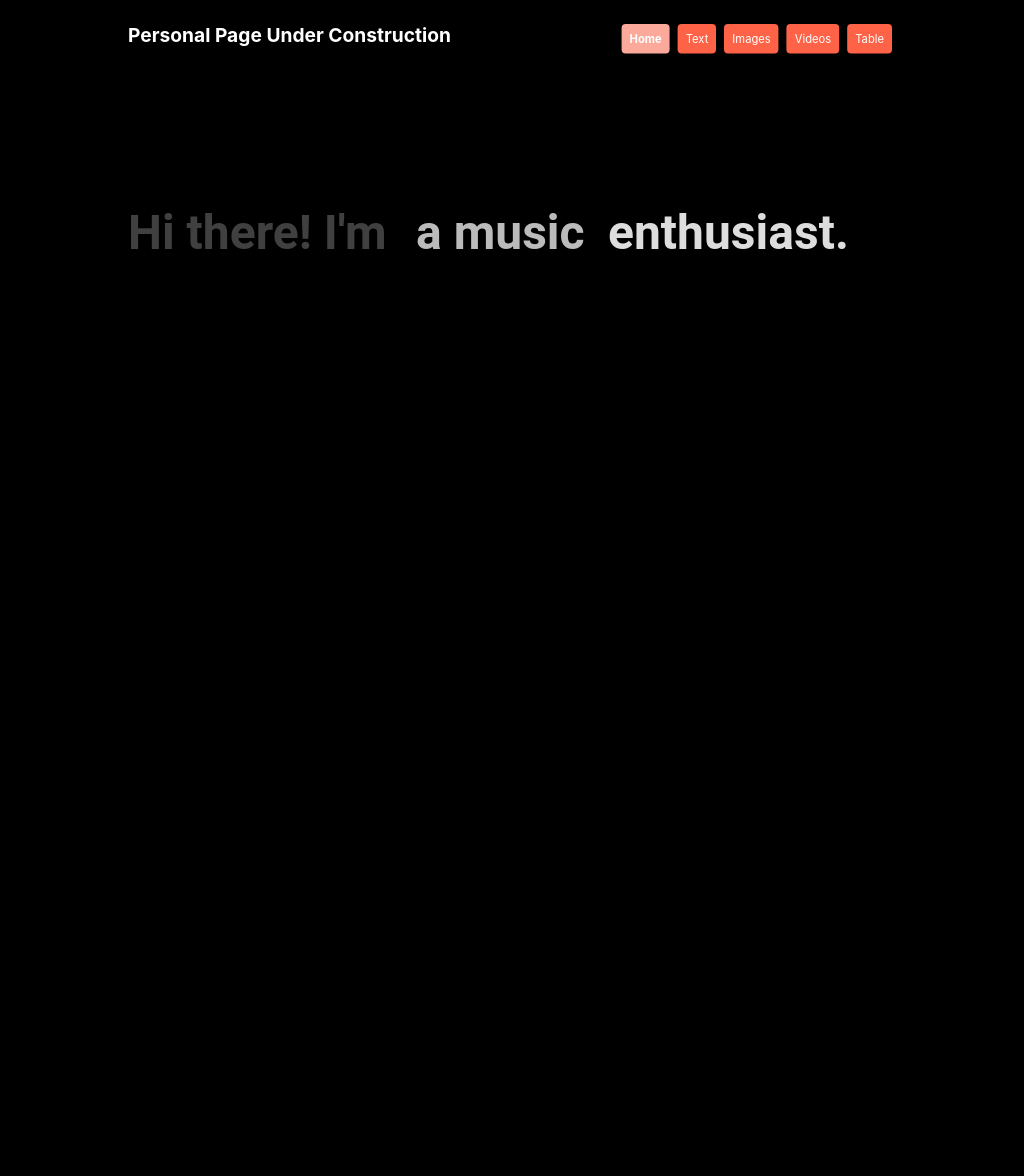
Repository: luhan68/personal_website
Page: index.html
The author's editor kept a copy of each file at every save. The page is drawn from the files as they stood at one save, then again after the next save.
The browser window is 1280 px wide. The pictures show the whole page, at 80% of full size.

Above is the page before, as saved 2021-01-30 22:51:07.

### index.html
<div class="container">
    <link href='style.css' rel='stylesheet' type='text/css'>
    <div class="nav">
        <div class="nav-bar">
            <ul>
                <li class="active-page"><a href="index.html">Home</a></li>
                <li><a href="text.html">Text</a></li>
                <li><a href="image.html">Images</a></li>
                <li><a href="video.html">Videos</a></li>
                <li><a href="table.html">Table</a></li>
            </ul>

        </div>
    </div>

    <h2 class="title">Personal Page Under Construction</h2>

<!-- Here for the design idea, I referred to Paul's cool animation design on codepen and fixed a few display width bugs: https://codepen.io/paulvddool/pen/yYeeVE -->

    <div id="animation">
        <div id="text">
            <h1 class="gray">Hi there! I'm</h1>
        </div>
        <div id="first">
            <ul>
                <li><h1 class="silver">Lu.</h1></li>
                <li><h1 class="lightgray">a music</h1></li>
                <li><h1 class="lightgray">a user -</h1></li>
            </ul>
        </div>
        <div id="second">
            <ul>
                <li><h1 class="lightergray">enthusiast.</h1></li>
                <li><h1 class="lightergray">composer.</h1></li>
                <li><h1 class="lightergray">panist.</h1></li>
                <li><h1 class="lightergray">DJ.</h1></li>
                <li><h1 class="lightergray">story lover.</h1></li>
                <li><h1 class="lightergray">designer.</h1></li>
            </ul>
        </div>
    </div>

    <button class="scrollToTopBtn">☝️</button>
    <script type="text/javascript" src="script.js"></script>

</div>

### style.css
* {
    margin: 0;
    padding: 0;
}

body  {
    background-color: black;
    color: white;
    font-family: -apple-system, BlinkMacSystemFont, 'Segoe UI', Roboto, Oxygen, Ubuntu, Cantarell, 'Open Sans', 'Helvetica Neue', sans-serif;
}

.container {
    width: 75vw;
    margin: 0 auto;
	margin-top: 10px;
	height: 200vmin
}

.scrollToTopBtn {
	background-color: white;
	border: none;
	border-radius: 50%;
	color: white;
	cursor: pointer;
	font-size: 16px;
	line-height: 48px;
	width: 48px;

	/* place it at the bottom right corner */
	position: fixed;
	bottom: 30px;
	right: 30px;
	/* keep it at the top of everything else */
	z-index: 100;
	/* hide with opacity */
	opacity: 0;
	/* also add a translate effect */
	transform: translateY(100px);
	/* and a transition */
	transition: all .5s ease
  }

  .showBtn {
	opacity: 1;
	transform: translateY(0)
  }

.nav {
    width: 100%;
}

.logo {
    float: left;
    width: 120px;
  margin: 0;
  padding: 0;
}

.nav-bar {
    float: right;
}

.nav-bar ul li {
    float: left;
    list-style-type: none;
    padding: 10px;
    margin: 0 5px;
    background-color: tomato;
    font-size: 14px;
    border-radius: 5px;

    transition: all 0.5s ease-out;
}

.nav-bar ul li:hover {
    background-color: wheat;
}

.nav .active-page {
	font-weight: bold;
	background-color:rgb(250, 169, 154);
  }

a {
    color: white;
    text-decoration: none;
}


.title {
text-align: left;
margin: 30px 0;
}

.myVideo {
text-align: center;
}

.myVideo iframe {
margin: 20px 20px;
}

.fb-like {
margin-bottom: 30px;
}

.footer {
width: 100%;
background-color: #333;
text-align: center;
padding: 20px 0;
margin-top: 50px;
}


input[type=text], select, textarea {
    width: 100%; /* Full width */
    padding: 12px; /* Some padding */
    border: 1px solid #ccc; /* Gray border */
    border-radius: 4px; /* Rounded borders */
    box-sizing: border-box; /* Make sure that padding and width stays in place */
    margin-top: 6px; /* Add a top margin */
    margin-bottom: 16px; /* Bottom margin */
    resize: vertical /* Allow the user to vertically resize the textarea (not horizontally) */
  }

  input[type=submit] {
    background-color: #a73012;
    color: white;
    padding: 12px 20px;
    border: none;
    border-radius: 4px;
    cursor: pointer;
  }

  input[type=submit]:hover {
    background-color: #d10c0c;
  }


  .myGallery {
    display: grid;
    grid-gap: 20px;
    grid-template-columns: repeat(auto-fit, minmax(175px, 1fr));
  }

  .myGallery img {
    width: 100%;
  }


table {
    font-family: Arial, Helvetica, sans-serif;
    border-collapse: collapse;
    width: 100%;
  }

table td, table th {
    border: 1px solid rgb(34, 33, 33);
    padding: 8px;
  }

table tr:nth-child(even){background-color: #110f0f;}

table tr:hover {background-color: rgb(46, 43, 43);}

table th {
    padding-top: 12px;
    padding-bottom: 12px;
    text-align: left;
    background-color: #350901;
    color: white;
  }


  p,
label {
    font: 1rem 'Fira Sans', sans-serif;
}

input {
    margin: .4rem;
}


/* I refer to Paul's cool animation design on codepen and fix a few display width bugs: https://codepen.io/paulvddool/pen/yYeeVE */

#animation {
	display: block;
	margin: 20% auto;
	height: 80px;
	width: auto;
}
@media screen and (max-width: 1080px) {
	#animation {
		box-sizing: border-box;
		-moz-box-sizing: border-box;
		padding: 0px;
		width: 100%;
	}
}
@keyframes animateOnce {
	0% { transform: translateY(80px); -webkit-transform: translateY(80px); -moz-transform: translateY(80px); }
	100% { transform: translateY(0px); -webkit-transform: translateY(0px); -moz-transform: translateY(0px); }
}
@-webkit-keyframes animateOnce {
	0% { transform: translateY(80px); -webkit-transform: translateY(80px); -moz-transform: translateY(80px); }
	100% { transform: translateY(0px); -webkit-transform: translateY(0px); -moz-transform: translateY(0px); }
}
#text {
	width: 350px;
	height: 80px;
	float: left;
	overflow: hidden;
}
#text h1 {
	animation: animateOnce 0.2s;
	-webkit-animation: animateOnce 0.2s;
}
@keyframes animateFirst {
	0% { transform: translateY(80px); -webkit-transform: translateY(80px); -moz-transform:translateY(80px); }
	1% { transform: translateY(0px); -webkit-transform: translateY(0px); -moz-transform:translateY(0px); }
	14% { transform: translateY(0px); -webkit-transform: translateY(0px); -moz-transform:translateY(0px); }
	15% { transform: translateY(-80px); -webkit-transform: translateY(-80px); -moz-transform:translateY(-80px); }
	70% { transform: translateY(-80px); -webkit-transform: translateY(-80px); -moz-transform:translateY(-80px); }
	71% { transform: translateY(-160px); -webkit-transform: translateY(-160px); -moz-transform:translateY(-160px); }
	99% { transform: translateY(-160px); -webkit-transform: translateY(-160px); -moz-transform:translateY(-160px); }
	100% { transform: translateY(-240px); -webkit-transform: translateY(-240px); -moz-transform:translateY(-240px); }
}
@-webkit-keyframes animateFirst {
	0% { transform: translateY(80px); -webkit-transform: translateY(80px); -moz-transform:translateY(80px); }
	1% { transform: translateY(0px); -webkit-transform: translateY(0px); -moz-transform:translateY(0px); }
	14% { transform: translateY(0px); -webkit-transform: translateY(0px); -moz-transform:translateY(0px); }
	15% { transform: translateY(-80px); -webkit-transform: translateY(-80px); -moz-transform:translateY(-80px); }
	70% { transform: translateY(-80px); -webkit-transform: translateY(-80px); -moz-transform:translateY(-80px); }
	71% { transform: translateY(-160px); -webkit-transform: translateY(-160px); -moz-transform:translateY(-160px); }
	99% { transform: translateY(-160px); -webkit-transform: translateY(-160px); -moz-transform:translateY(-160px); }
	100% { transform: translateY(-240px); -webkit-transform: translateY(-240px); -moz-transform:translateY(-240px); }
}
@keyframes animateSecond {
	0% { transform: translateY(80px); -webkit-transform: translateY(80px); -moz-transform: translateY(80px); }
	14% { transform: translateY(80px); -webkit-transform: translateY(80px); -moz-transform: translateY(80px); }
	15% { transform: translateY(0px); -webkit-transform: translateY(0px); -moz-transform: translateY(0px); }
	29% { transform: translateY(0px); -webkit-transform: translateY(0px); -moz-transform: translateY(0px); }
	30% { transform: translateY(-80px); -webkit-transform: translateY(-80px); -moz-transform: translateY(-80px); }
	44% { transform: translateY(-80px); -webkit-transform: translateY(-80px); -moz-transform: translateY(-80px); }
	45% { transform: translateY(-160px); -webkit-transform: translateY(-160px); -moz-transform: translateY(-160px); }
	59% { transform: translateY(-160px); -webkit-transform: translateY(-160px); -moz-transform: translateY(-160px); }
	60% { transform: translateY(-240px); -webkit-transform: translateY(-240px); -moz-transform: translateY(-240px); }
	70% { transform: translateY(-240px); -webkit-transform: translateY(-240px); -moz-transform: translateY(-240px); }
	71% { transform: translateY(-320px); -webkit-transform: translateY(-320px); -moz-transform: translateY(-320px); }
	85% { transform: translateY(-320px); -webkit-transform: translateY(-320px); -moz-transform: translateY(-320px); }
	86% { transform: translateY(-400px); -webkit-transform: translateY(-400px); -moz-transform: translateY(-400px); }
	99% { transform: translateY(-400px); -webkit-transform: translateY(-400px); -moz-transform: translateY(-400px); }
	100% { transform: translateY(-480px); -webkit-transform: translateY(-480px); -moz-transform: translateY(-480px); }
}
@-webkit-keyframes animateSecond {
	0% { transform: translateY(80px); -webkit-transform: translateY(80px); -moz-transform: translateY(80px); }
	14% { transform: translateY(80px); -webkit-transform: translateY(80px); -moz-transform: translateY(80px); }
	15% { transform: translateY(0px); -webkit-transform: translateY(0px); -moz-transform: translateY(0px); }
	29% { transform: translateY(0px); -webkit-transform: translateY(0px); -moz-transform: translateY(0px); }
	30% { transform: translateY(-80px); -webkit-transform: translateY(-80px); -moz-transform: translateY(-80px); }
	44% { transform: translateY(-80px); -webkit-transform: translateY(-80px); -moz-transform: translateY(-80px); }
	45% { transform: translateY(-160px); -webkit-transform: translateY(-160px); -moz-transform: translateY(-160px); }
	59% { transform: translateY(-160px); -webkit-transform: translateY(-160px); -moz-transform: translateY(-160px); }
	60% { transform: translateY(-240px); -webkit-transform: translateY(-240px); -moz-transform: translateY(-240px); }
	70% { transform: translateY(-240px); -webkit-transform: translateY(-240px); -moz-transform: translateY(-240px); }
	71% { transform: translateY(-320px); -webkit-transform: translateY(-320px); -moz-transform: translateY(-320px); }
	85% { transform: translateY(-320px); -webkit-transform: translateY(-320px); -moz-transform: translateY(-320px); }
	86% { transform: translateY(-400px); -webkit-transform: translateY(-400px); -moz-transform: translateY(-400px); }
	99% { transform: translateY(-400px); -webkit-transform: translateY(-400px); -moz-transform: translateY(-400px); }
	100% { transform: translateY(-480px); -webkit-transform: translateY(-480px); -moz-transform: translateY(-480px); }
}
#first {
	height: 80px;
	float: left;
	margin-left: 10px;
	overflow: hidden;
}
#first ul {
	width: 230px;
	list-style: none;
	margin: 0;
	padding: 0;
	animation: animateFirst 21s infinite;
	-webkit-animation: animateFirst 21s infinite;
}

#second {
	height: 80px;
	float: left;
	margin-left: 10px;
	overflow: hidden;
}
#second ul {
	width: 300px;
	list-style: none;
	margin: 0;
	padding: 0;
	animation: animateSecond 21s infinite;
	-webkit-animation: animateSecond 21s infinite;
}

h1 {
	font-family: 'Roboto', 'Helvetica Neue', Helvetica, Arial;
	font-size: 60px;
	font-weight: 700;
	line-height: 80px;
	margin: 0px;
}
.gray {
	color: #404040;
}
.silver {
	color: #909090;
}
.lightgray {
	color: #BBB;
}
.lightergray {
	color: #DDD;
}

### script.js
var scrollToTopBtn = document.querySelector(".scrollToTopBtn")
var rootElement = document.documentElement

function handleScroll() {
  // Do something on scroll
  var scrollTotal = rootElement.scrollHeight - rootElement.clientHeight
  if ((rootElement.scrollTop / scrollTotal ) > 0.80) {
    // Show button
    scrollToTopBtn.classList.add("showBtn")
  } else {
    // Hide button
    scrollToTopBtn.classList.remove("showBtn")
  }
}

function scrollToTop() {
  // Scroll to top logic
  rootElement.scrollTo({
    top: 0,
    behavior: "smooth"
  })
}
scrollToTopBtn.addEventListener("click", scrollToTop)
document.addEventListener("scroll", handleScroll)

After the next save:
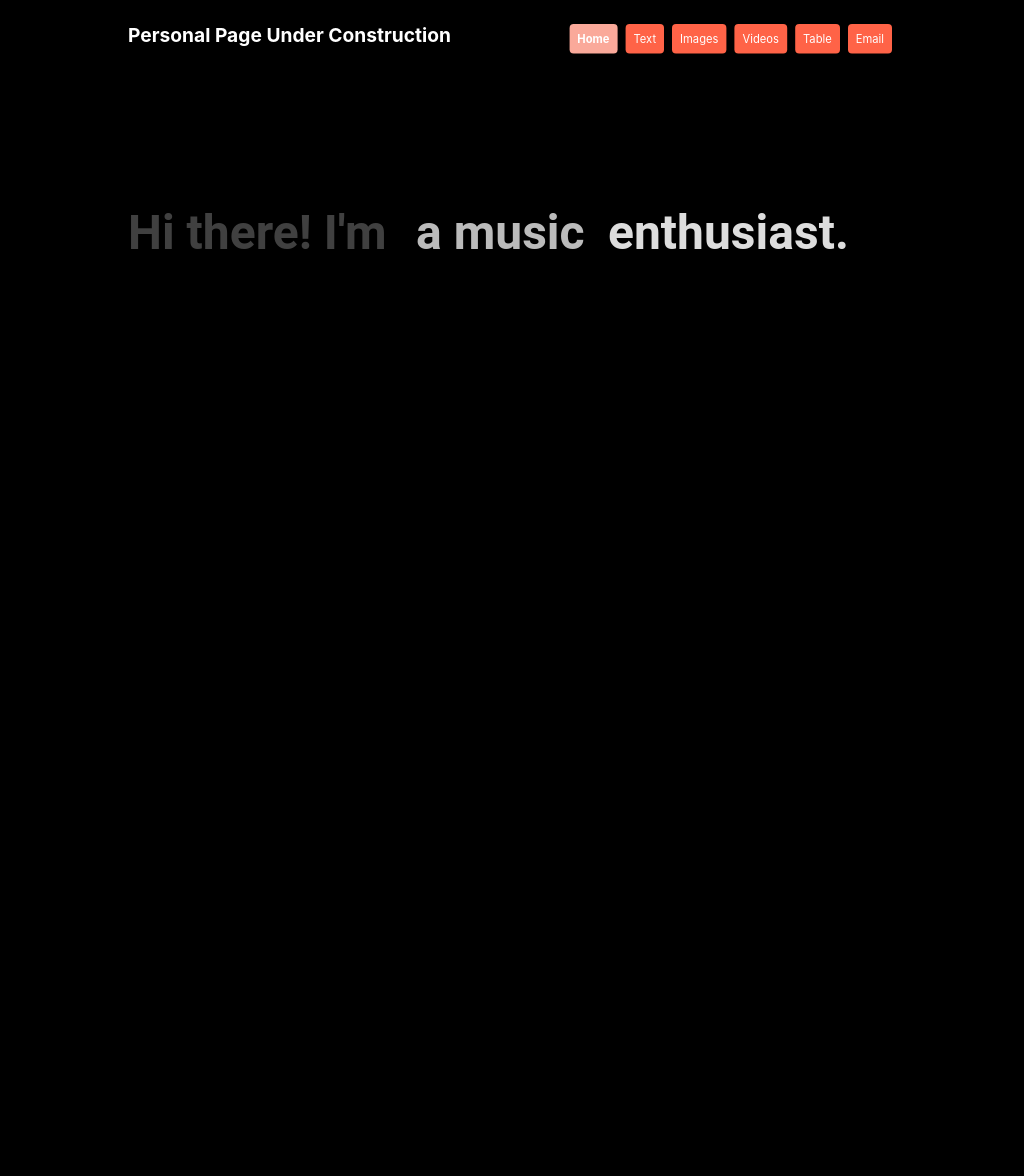
Saved 19 s later.
--- a/index.html
+++ b/index.html
@@ -8,6 +8,7 @@
                 <li><a href="image.html">Images</a></li>
                 <li><a href="video.html">Videos</a></li>
                 <li><a href="table.html">Table</a></li>
+                <li><a href="email.html">Email</a></li>
             </ul>
 
         </div>
